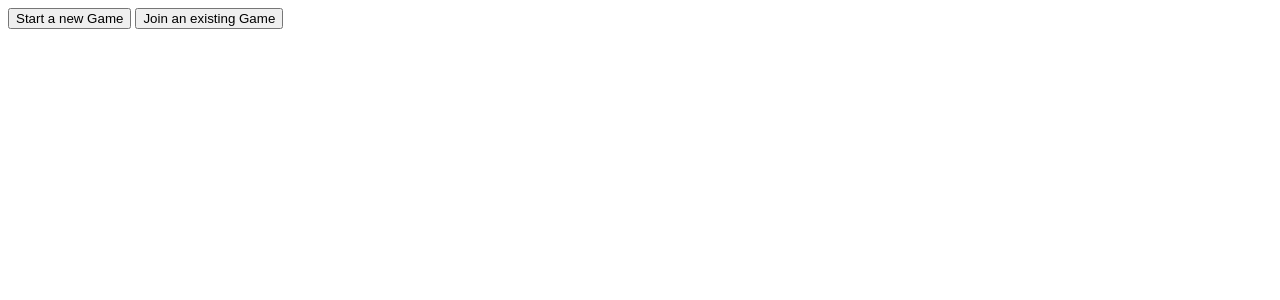
Repository: J2EEBeliever/ISA681_Poker2
Page: http://localhost/StrutsAjax/
The author's editor kept a copy of each file at every save. The page is drawn from the files as they stood at one save, then again after the next save.
The browser window is 1280 px wide. The pictures show the whole page.
The page is served by Tomcat 9. Nobody is signed in. The application's start-up code is not run. Other server files are loaded and not shown.

Above is the page before, as saved 2015-12-04 17:03:14.

### SOURCE/StrutsAjax/WebContent/index.jsp
<%@ page contentType="text/html; charset=UTF-8"%>
<%@ taglib prefix="s" uri="/struts-tags"%>
<html>
<head>
<title>Ajax in Struts</title>

<script language="javascript" type="text/javascript">

/*
 * Author: Linus Freeman
 *
 */


//Browser Support Code
function ajaxFunctionbk(){

	alert('executing ajaxFunction()');
	var ajaxRequest;  // The variable that makes Ajax possible!

	try{
		// Opera 8.0+, Firefox, Safari
		ajaxRequest = new XMLHttpRequest();
		alert('executing ajaxFunction() #10');

	} catch (e){
		// Internet Explorer Browsers

		alert('executing ajaxFunction() #20');

		try{
			ajaxRequest = new ActiveXObject("Msxml2.XMLHTTP");
		} catch (e) {
			try{
				ajaxRequest = new ActiveXObject("Microsoft.XMLHTTP");
			} catch (e){
				// Something went wrong
				alert("Your browser broke!");
				return false;
			}
		}

	}

	alert('executing ajaxFunction() #30');


	// Create a function that will receive data sent from the server
	ajaxRequest.onreadystatechange = function(){
		if(ajaxRequest.readyState == 4){
			var ajaxDisplay = document.getElementById('ajaxDiv');
			ajaxDisplay.innerHTML = ajaxRequest.responseText;
		}
	}
//	var age = document.getElementById('age').value;
//	var wpm = document.getElementById('wpm').value;
//	var sex = document.getElementById('sex').value;
//	var queryString = "?age=" + age + "&wpm=" + wpm + "&sex=" + sex;

	alert('executing ajaxFunction() #40');


var queryString = '?playerContent=yes';
	ajaxRequest.open("GET", 'ajaxLogicAction' + queryString, true);
	ajaxRequest.send(null);

	alert('executing ajaxFunction() #50');

}

</script>


<script src="js/jquery-1.6.2.js" type="text/javascript"></script>
<script type="text/javascript">

function joinGameNow(gamePlayer1UserName) {


	alert('#30 exuting javaScript Function joinGameNow(gamePlayer1UserName)');


	$.ajax({
		type : "POST",
		url : '${pageContext.request.contextPath}/joinGameNow.html?gamePlayer1UserName=' + gamePlayer1UserName ,
		success : function(response) {
			$('.result').html(response);
		}
	});

}

function playerContent() {

	alert('#10');


	$.ajax({
		type : "POST",
		url : '${pageContext.request.contextPath}/getPlayerTurn.html',
		success : function(response) {
			$('.result').html(response);
		}
	});
}

function playActiveGame() {

	alert('In method playActiveGame()');


	$.ajax({
		type : "POST",
		url : '${pageContext.request.contextPath}/playActiveGame.html',
		success : function(response) {
			$('.result').html(response);
		}
	});

	setTimeout(playActiveGame,5000)


}


$(document).ready(function() {


	/*)
		$('#joinGameNow1').click(function() {
			$.ajax({
				type : "POST",
				url : '${pageContext.request.contextPath}/joinGameNow1.html',
				success : function(response) {
					$('.result').html(response);
				}
			});
		});
	*/

		$('#joinGameNow1').click(function() {
			$.ajax({
				type : "POST",
				url : '${pageContext.request.contextPath}/joinGameNow1.html',
				success : function(response) {
					$('.result').html(response);
				}
			});
		});



		$('#buttonJoinGame2').click(function() {
			$.ajax({
				type : "POST",
				url : '${pageContext.request.contextPath}/joinGame2.html',
				success : function(response) {
					$('.result').html(response);
				}
			});
		});


		$('#buttonNewGame').click(function() {
			$.ajax({
				type : "POST",
				url : '${pageContext.request.contextPath}/newGame.html',
				success : function(response) {
					$('.result').html(response);
				}
			});
		});


/*
		$('#buttonJoinGame').click(function() {
			$.ajax({
				type : "POST",
				url : '${pageContext.request.contextPath}/joinGame.html',
				success : function(response) {
					$('.result').html(response);
				}
			});
		});
*/

		$('#buttonHello').click(function() {
			$.ajax({
				type : "POST",
				url : '${pageContext.request.contextPath}/hello.html',
				success : function(response) {
					$('.result').html(response);
				}
			});
		});

		$('#buttonSum').click(function() {
			$.ajax({
				type : "GET",
				data : {
					a : 1,
					b : 2
				},
				url : '${pageContext.request.contextPath}/sum.html',
				success : function(response) {
					$('.result').html(response);
				}
			});
		});

		$('#buttonFind').click(function() {
			$.ajax({
				type : "GET",
				headers : {
					Accept : "application/json; charset=utf-8",
					"Content-Type" : "application/json; charset=utf-8"
				},
				url : '${pageContext.request.contextPath}/find.html',
				success : function(response) {
					var result = 'Id: ' + response.sp.id + '<br>Name: ' + response.sp.name + '<br>Price: ' + response.sp.price;
					$('.result').html(result);
				}
			});
		});

		//buttonJoinGame
		$('#buttonJoinGame').click(function() {
			$.ajax({
				type : "GET",
				headers : {
					Accept : "application/json; charset=utf-8",
					"Content-Type" : "application/json; charset=utf-8"
				},
				url : '${pageContext.request.contextPath}/joinGame.html',
				success : function(response) {
					var n = response.lu.length;
					var result = '';
					for(var i=0; i<n; i++)
						//result += '<br><a href = "${pageContext.request.contextPath}/joinGameNow.html?gameUserName="' + response.lu[i].userName + '" value = "' + response.lu[i].userName + '">';
						result += '<br>' + response.lu[i].userName + '<br>';
					$('.result').html(result);
				}
			});
		});



		$('#buttonFindAll').click(function() {
			$.ajax({
				type : "GET",
				headers : {
					Accept : "application/json; charset=utf-8",
					"Content-Type" : "application/json; charset=utf-8"
				},
				url : '${pageContext.request.contextPath}/findall.html',
				success : function(response) {
					var n = response.lp.length;
					var result = '';
					for(var i=0; i<n; i++)
						result += '<br>Id: ' + response.lp[i].id + ' - Name: ' + response.lp[i].name + ' - Price: ' + response.lp[i].price;
					$('.result').html(result);
				}
			});
		});

	});
</script>
</head>


<body onload "setTimeout(playActiveGame,5000)">

	<input type="button" value="Start a new Game" id="buttonNewGame">
	<!-- input type="button" value="Join an existing Game" id="buttonJoinGame" -->
	<input type="button" value="Join an existing Game" id="buttonJoinGame2">


	<!--   input type="button" value="Hello" id="buttonHello">
	<input type="button" value="Sum" id="buttonSum">
	<input type="button" value="Find" id="buttonFind">
	<input type="button" value="Find All" id="buttonFindAll" -->
	<br>
	<div class="result"></div><BR><BR>
	<div class="result2"></div>


</body>
</html>

Loaded but not shown: SOURCE/StrutsAjax/WebContent/js/jquery-1.6.2.js (library)

After the next save:
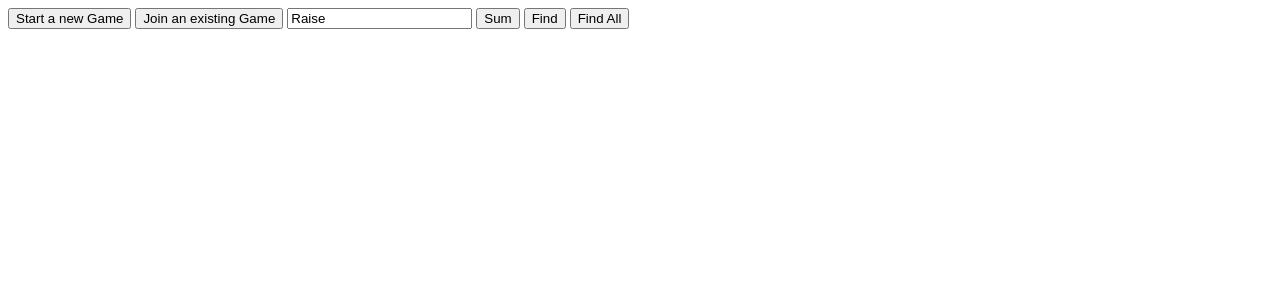
Saved 96 s later.
--- a/SOURCE/StrutsAjax/WebContent/index.jsp
+++ b/SOURCE/StrutsAjax/WebContent/index.jsp
@@ -274,6 +274,8 @@ $(document).ready(function() {
 	<!-- input type="button" value="Join an existing Game" id="buttonJoinGame" -->
 	<input type="button" value="Join an existing Game" id="buttonJoinGame2">
 
+	<input type="text" name = "playerAction" value = "Raise" id = "playerAction"
+
 
 	<!--   input type="button" value="Hello" id="buttonHello">
 	<input type="button" value="Sum" id="buttonSum">
